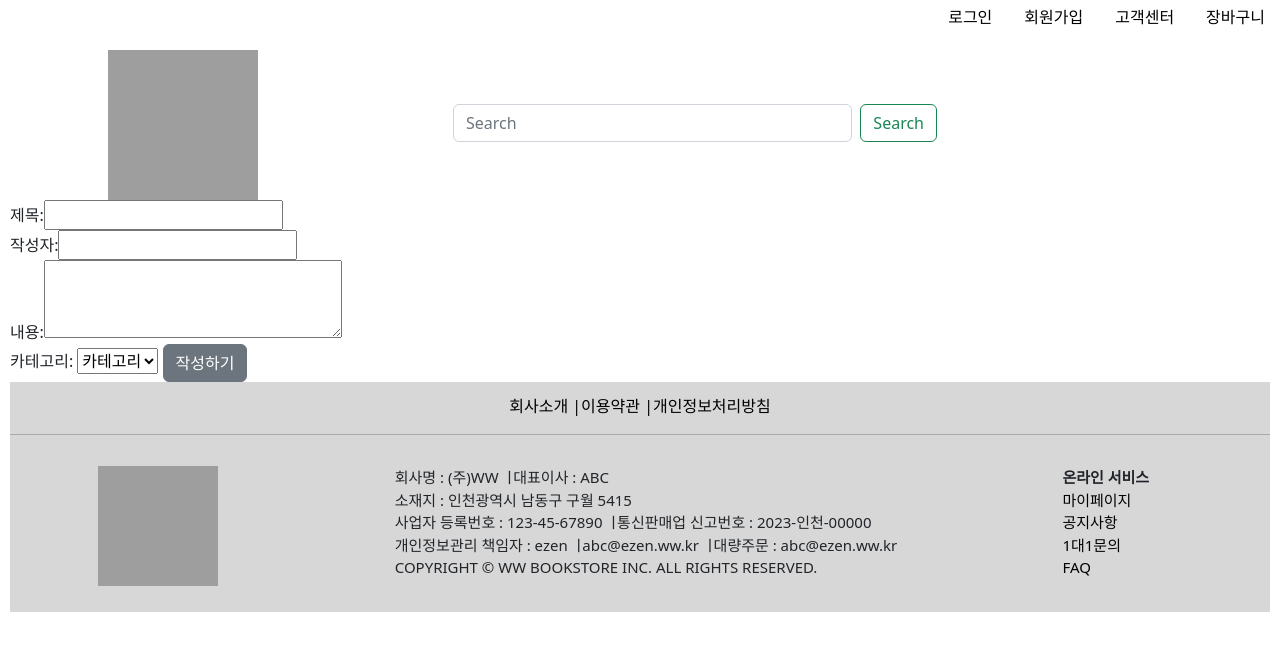
Repository: leehyeonung/project4
Page: http://localhost/book/WEB-INF/views/board/register.jsp
The author's editor kept a copy of each file at every save. The page is drawn from the files as they stood at one save, then again after the next save.
The browser window is 1280 px wide. The pictures show the whole page.
Pictures or frames that could not be fetched are drawn as grey boxes. The page is served by Tomcat 9. Nobody is signed in. Other server files are loaded and not shown. The template is opened directly, without the code that normally fills it, so the values that code supplies are empty.

Above is the page before, as saved 2023-01-06 07:39:58.

### book/src/main/webapp/WEB-INF/views/board/register.jsp
<%@ page language="java" contentType="text/html; charset=UTF-8"
    pageEncoding="UTF-8"%>
<!DOCTYPE html>
<html>
<head>
<meta charset="UTF-8">
<title>Insert title here</title>
<link rel="stylesheet" type="text/css" href="/resources/css/main.css">
</head>
<body>
<jsp:include page="../layout/header.jsp"></jsp:include>
<div class="main">
<form action="/board/register" method="post">
제목:<input type="text" name="brd_title" required><br>
작성자:<input type="text" name="brd_writer" value="${ses.mem_id}" readonly><br>
내용:<textarea rows="3" cols="30" name="brd_content"></textarea><br>
카테고리:	<select name="brd_category">
    			<option>카테고리</option>
    			<option>질문</option>
    			<option>자유</option>
    			<option>테스트</option>
  			</select>


<div name="brd_mem_num" value="${ses.mem_num}" hidden></div>
<button type="submit" class="btn btn-secondary">작성하기</button>
</div>
<jsp:include page="../layout/footer.jsp"></jsp:include>
</body>
</html>

### book/src/main/webapp/WEB-INF/views/layout/header.jsp
<%@ page language="java" contentType="text/html; charset=UTF-8"
    pageEncoding="UTF-8"%>
<%@ taglib uri="http://java.sun.com/jsp/jstl/core" prefix="c"%>
<!DOCTYPE html>
<html>
<head>
<meta charset="UTF-8">
<title>Insert title here</title>
<!-- CSS only -->
<link href="https://cdn.jsdelivr.net/npm/bootstrap@5.2.2/dist/css/bootstrap.min.css"
rel="stylesheet" integrity="sha384-Zenh87qX5JnK2Jl0vWa8Ck2rdkQ2Bzep5IDxbcnCeuOxjzrPF/et3URy9Bv1WTRi"
crossorigin="anonymous">
<link rel="stylesheet" type="text/css" href="/resources/css/header.css">
</head>
<body>

<div class="header">
    <div class="menu">
        <c:if test="${ses.mem_id ==null}">
        <ul><a href="/mem/loginPage">로그인</a></ul>
        <ul><a href="/mem/joinPage">회원가입</a></ul>
        </c:if>
        <c:if test="${ses.mem_id == 'admin' }">
        <ul><a href="/mem/logOut">로그아웃</a></ul>
        <ul><a href="/mem/adminpage">관리인페이지</a></ul>
        </c:if>
        <c:if test="${ses.mem_id !=null && ses.mem_id !='admin' }">
        <ul><a href="/mem/logOut">로그아웃</a></ul>
        <ul><a href="/mem/mypage">마이페이지</a></ul>
        </c:if>
        <ul><a href="#">고객센터</a></ul>
        <ul><a href="#">장바구니</a></ul>
    </div>
    <div class="bar">
       <div class="logo">
         <a href="/"><img src="/resources/image/logo.jpg" alt="로고"></a>
       </div>
         <div class="searchBar">
            <form class="d-flex" role="search">
                 <input class="form-control me-2" type="search" placeholder="Search" aria-label="Search">
                 <button class="btn btn-outline-success" type="submit">Search</button>
              </form>
         </div>
       <div class="icons">
         <a href=""><i class="fa-solid fa-cart-shopping"></i></a>
            <a href=""><i class="fa-solid fa-user"></i></a>
       </div>
    </div>
</div>
</body>
</html>

### book/src/main/webapp/WEB-INF/views/layout/footer.jsp
<%@ page language="java" contentType="text/html; charset=UTF-8"
   pageEncoding="UTF-8"%>
<!DOCTYPE html>
<html>
<head>
<meta charset="UTF-8">
<title>Insert title here</title>
<link rel="stylesheet" type="text/css" href="/resources/css/footer.css">

</head>

<body>
   <div class="footer">
      <div class="footer-top">
         <ul>
            <li><a href="">회사소개 | </a></li>
            <li><a href="">이용약관 | </a></li>
            <li><a href="">개인정보처리방침</a></li>
         </ul>
      </div>
      <hr>
      <div class="address">
         <div class="footer-logo">
            <img src="/resources/image/logo.jpg" alt="로고">
         </div>
         <div class="address-box">
            <ul>
               <li>회사명 : (주)WW <span style="margin-right: -7px;">ㅣ</span>
                  대표이사 : ABC
               </li>

               <li>소재지 : 인천광역시 남동구 구월 5415</li>
               <li>사업자 등록번호 : 123-45-67890 <span style="margin-right: -7px;">ㅣ</span>
                  통신판매업 신고번호 : 2023-인천-00000
               </li>

               <li>개인정보관리 책임자 : ezen <span style="margin-right: -7px;">ㅣ</span>
                  abc@ezen.ww.kr <span style="margin-right: -7px;">ㅣ</span> 대량주문 :
                  abc@ezen.ww.kr
               </li>

               <li>COPYRIGHT © WW BOOKSTORE INC. ALL RIGHTS RESERVED.</li>

            </ul>

         </div>
         <div class="online-serviceBar">
            <strong>온라인 서비스</strong>
            <ul>
               <li><a href="">마이페이지</a></li>
               <li><a href="">공지사항</a></li>
               <li><a href="">1대1문의</a></li>
               <li><a href="">FAQ</a></li>
            </ul>
         </div>
      </div>
   </div>

</body>
</html>

### book/src/main/webapp/resources/css/main.css
@charset "UTF-8";

.main{
	width:1260px;
	margin: 0 auto;
}

### book/src/main/webapp/resources/css/header.css
body{
    margin:0 auto;
}
.header{
	margin:0 auto;
    width: 1260px;
    height: 200px;
   /*  background-color: pink; */
}
.menu{
   display: flex;
   justify-content: flex-end;
   padding:5px;

}
.logo{
    width: 150px;
    height: 150px;
    background-color: blue;
}
.logo>a>img{
    width: 150px;
    height: 150px;
}
.searchBar{
   /* position:absolute; */
    width: 484px;
    height: 42px;
    /* background-color: gold; */
    margin-top:54px;
    border-radius: 30px;

}
.bar{

   height: 150px;
   display: flex;
   flex-direction: row;
   flex-wrap:nowrap;
   justify-content:space-around;
/*    align-items: baseline; */


}
i{
    font-size: 42px;
    color: black;
    margin-top:54px;
    margin-right: 20px;
}
</style>

### book/src/main/webapp/resources/css/footer.css
.footer {
   width: 1260px;
   height: 230px;
   background-color: rgba(175, 175, 175, 0.5);
   margin: 0 auto;
}

.footer-logo {

   width: 120px;
   height: 120px;
   background-color: beige;
}
.footer-logo>img{
   width: 120px;
   height: 120px;
}

.address-box {
   text-align: left;
   padding: 0;
   margin: 0;
}

.address {
   padding: 15px;
   height: 150px;
   display: flex;
   font-size: 15px;
   /* align-items: baseline; */
   flex-direction: row;
   flex-wrap: nowrap;
   justify-content: space-around;
}

ul {
   list-style: none;
}

.footer, .address li {

}

.footer-top {
   text-align: center;
   padding-top: 12px;
}

.footer-top>ul {
   margin: 0;
   padding: 0;
   display: flex;
   justify-content: center;
}

.footer-top>li {
   margin: 0;
   padding: 0;
}

a {
   text-decoration-line: none;
   color: black;
}

a:visited {
   text-decoration: none;
}

a:hover {
   text-decoration: none;
}

a:focus {
   text-decoration: none;
}

a:hover, a:active {
   text-decoration: none;
}

.online-serviceBar {
   padding: 0px;
   margin-left: 20px;
   width: 120px;
   height: 120px;
}

.online-serviceBar>ul {
   margin: 0px;
   padding: 0px;
}

</style>

After the next save:
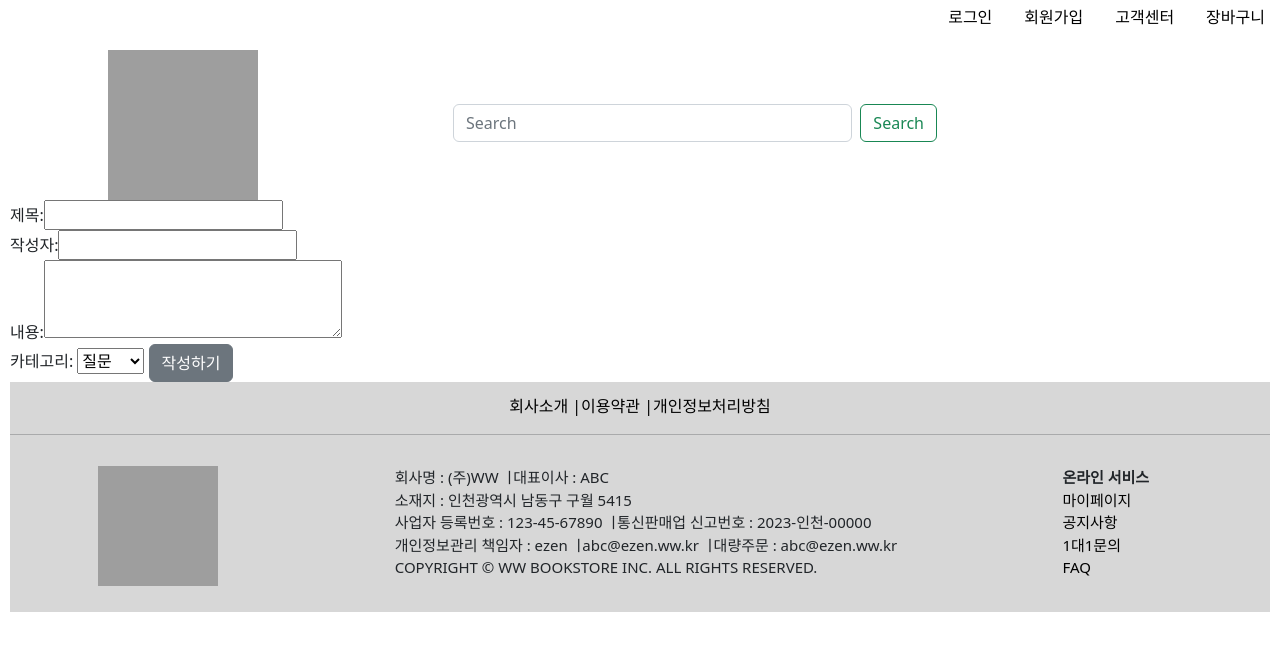
Saved 4 min 18 s later.
--- a/book/src/main/webapp/WEB-INF/views/board/register.jsp
+++ b/book/src/main/webapp/WEB-INF/views/board/register.jsp
@@ -15,7 +15,6 @@
 작성자:<input type="text" name="brd_writer" value="${ses.mem_id}" readonly><br>
 내용:<textarea rows="3" cols="30" name="brd_content"></textarea><br>
 카테고리:	<select name="brd_category">
-    			<option>카테고리</option>
     			<option>질문</option>
     			<option>자유</option>
     			<option>테스트</option>
